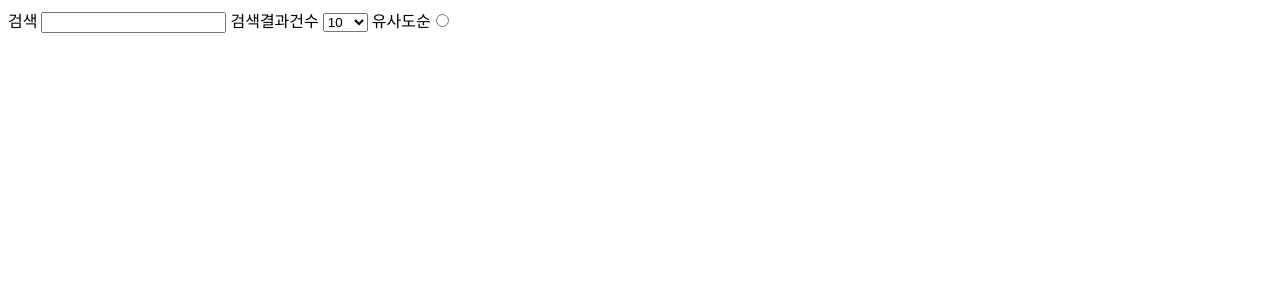
Repository: jeehui/JSPStudy
Page: http://localhost/OPENAPI_PRAC/search/search.jsp
An editor plug-in stored every save of this project. The page is shown before and after the next save, followed by the edit.
The browser window is 1280 px wide. The pictures show the whole page.
The page is served by Tomcat 9.

Above is the page before, as saved 2022-05-03 05:42:02.

After the next save:
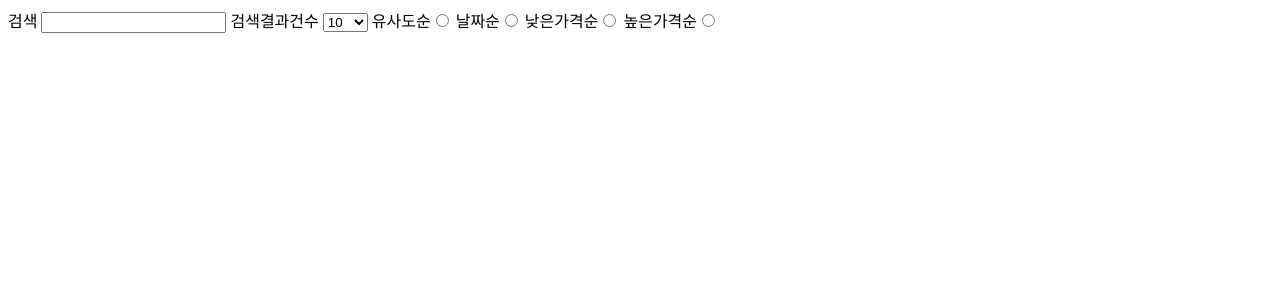
Saved 98 s later.
--- a/OPENAPI_PRAC/src/main/webapp/search/search.jsp
+++ b/OPENAPI_PRAC/src/main/webapp/search/search.jsp
@@ -23,7 +23,10 @@
 				<option value="100" >100</option>
 			</select>
 		</label>
-		<label for="sim">유사도순<input type="radio" name="sort" value="sim"></label>
+		<label for="sim">유사도순<input type="radio" name="sort" id="sim" value="sim"></label>
+		<label for="date">날짜순<input type="radio" name="sort" id="date" value="date"></label>
+		<label for="asc">낮은가격순<input type="radio" name="sort" id="asc" value="sim"></label>
+		<label for="dsc">높은가격순<input type="radio" name="sort" id="dsc" value="sim"></label>
 	</form>
 </body>
 </html>
